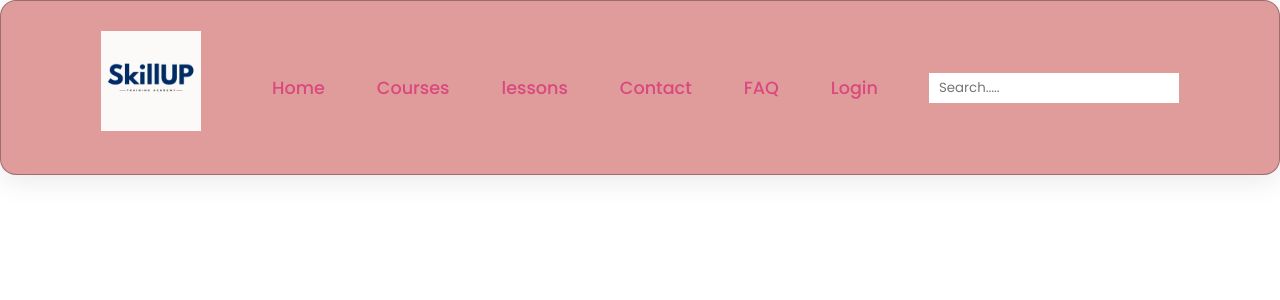
Repository: 2tzz/SkillUp-Academy
Page: home.html
The author's editor kept a copy of each file at every save. The page is drawn from the files as they stood at one save, then again after the next save.
The browser window is 1280 px wide. The pictures show the whole page.
Some web fonts or font styles are not loaded; a fallback is used.

Above is the page before, as saved 2022-10-22 12:42:33.

### home.html
<!DOCTYPE html>
<html lang="en" dir="ltr">
  <head>
    <meta charset="utf-8">
    <title>Website Landing Page | With Loading Effects and Scrolling Effects</title>
    <link rel="stylesheet" href="/CSS/home.css">
  </head>
  <body>

    <header>
      <a href="#" class="logo" >
        <img src="Img/SkillUP light.png" width="100px" height="100px" alt="Academy logo"/>
      </a>
      <navbar>
        <a href="#" class="active">Home</a>
        <a href="CourseHome.html">Courses</a>
        <a href="Lessons.html">lessons</a>
        <a href="Contact.html">Contact</a>
        <a href="FAQ.html">FAQ</a>
        <a href="login.html">Login</a>
      </navbar>
      <search_bar>
            <form class="search">
                <input type="text" placeholder="Search....." class="input">
            <button type="submit" class="button">
                <i class="ri-search-2-line"></i>
            </button>
        </form>
      </search_bar>
    </header>

    <script src="/JS/home.js"></script>
  </body>
</html>

### CSS/home.css
@import url('https://fonts.googleapis.com/css2?family=Poppins:wght@100;200;300;400;500;600;700;800;900&display=swap');
@import url('https://fonts.googleapis.com/css2?family=Kaushan+Script&display=swap');

*{
  margin: 0;
  padding: 0;
  box-sizing: border-box;
  font-family: "Poppins", sans-serif;
  scroll-behavior: smooth;
}

body{
  min-height: 100vh;
  overflow-x: hidden;
}

header{
    background: rgba(189, 44, 44, 0.47);
border-radius: 16px;
box-shadow: 0 4px 30px rgba(0, 0, 0, 0.1);
backdrop-filter: blur(5px);
-webkit-backdrop-filter: blur(5px);
border: 1px solid rgba(6, 2, 2, 0.3);
  z-index: 999;
  position: absolute;
  top: 0;
  left: 0;
  width: 100%;
  padding: 30px 100px;
  display: flex;
  justify-content: space-between;
  align-items: center;
}

header .logo{
  font-size: 2em;
  text-transform: uppercase;
  font-weight: 800;
  text-decoration: none;
  background: linear-gradient(to right, #d7487e, #ea6360);
  -webkit-background-clip: text;
  -webkit-text-fill-color: transparent;
}

header navbar{
  display: flex;
  justify-content: center;
  align-items: center;
}

header navbar a{
  color: #d9497e;
  font-size: 1.1em;
  font-weight: 500;
  text-decoration: none;
  margin-left: 20px;
  padding: 5px 16px;
  border-radius: 20px;
  transition: 0.3s;
  transition-property: background, color;
}

header navbar a:hover{
  background: linear-gradient(to bottom, #d94a7f, #fe9261);
  color: #fff;
}

.home{
  position: relative;
  width: 100%;
  height: 100vh;
  padding: 100px;
  display: flex;
  justify-content: center;
  align-items: center;
  flex-direction: column;
}

.home:before{
  content: '';
  z-index: 10;
  position: absolute;
  width: 100%;
  height: 80px;
  background: linear-gradient(to top, #722d59, transparent);
  bottom: 0;
}


.home img{
  position: absolute;
  top: 0;
  left: 0;
  width: 100%;
  height: 100%;
  object-fit: cover;
  pointer-events: none;
}

/* Search box */
header search_bar{
    display: flex;
    justify-content: center;
    align-items: center;
}
.search{
    float: right;
    position: relative;
    height: 30px;
    width: 250px;
    background-color: rgb(255, 255, 255);
    backdrop-filter: blur(2rem);
    display: flex;
    justify-content: flex-end;
    border: #a11d1d;
}
.search::before{
    content: "";
    position: absolute;
    left: 0;
    bottom: 0;
    width: 100%;
    height: 2px;
    background: #c52520;
    transform: scaleX(0);
    transform-origin: center;
    transform-origin: left;
    transition: transform .25s ;
}
.search:focus-within::before{
    transform: scale(1);
}
.search input,
.search button{
    border: none;
    outline: none;
    background-color: transparent;
    color: #8e8e8e;
}
.input{
    width: 100%;
    padding: 10px;
}
.button{
    display: grid;
    place-items: center;
    width: 50px;
    font-size: 20px;
    cursor: pointer;
    transition: color .25s;
}
.button:hover{
    background: #0170f0;
  }


.logo, navbar,search_bar{
  transform: translateY(-70px);
  transition: 0.8s;
}

### JS/home.js

const logo = document.querySelector(".logo");
const navbar = document.querySelector("navbar");
const search_bar=document.querySelector("search_bar");

//reveal elements on page loading
window.addEventListener("load", () => {
  logo.style.transform = "translateY(0)";
  navbar.style.transform = "translateY(0)";
  search_bar.style.transform ="translateY(0)";
});

 //scrolling effects on website elements
 /*window.addEventListener("scroll", () => {
    const scrollVal = window.scrollY;
  });
*/

After the next save:
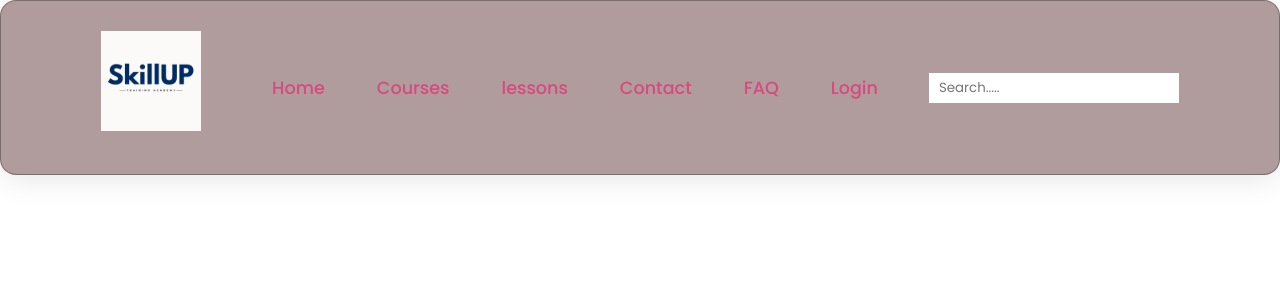
Saved 4 s later.
--- a/CSS/home.css
+++ b/CSS/home.css
@@ -15,7 +15,7 @@ body{
 }
 
 header{
-    background: rgba(189, 44, 44, 0.47);
+    background: rgba(87, 46, 46, 0.47);
 border-radius: 16px;
 box-shadow: 0 4px 30px rgba(0, 0, 0, 0.1);
 backdrop-filter: blur(5px);
